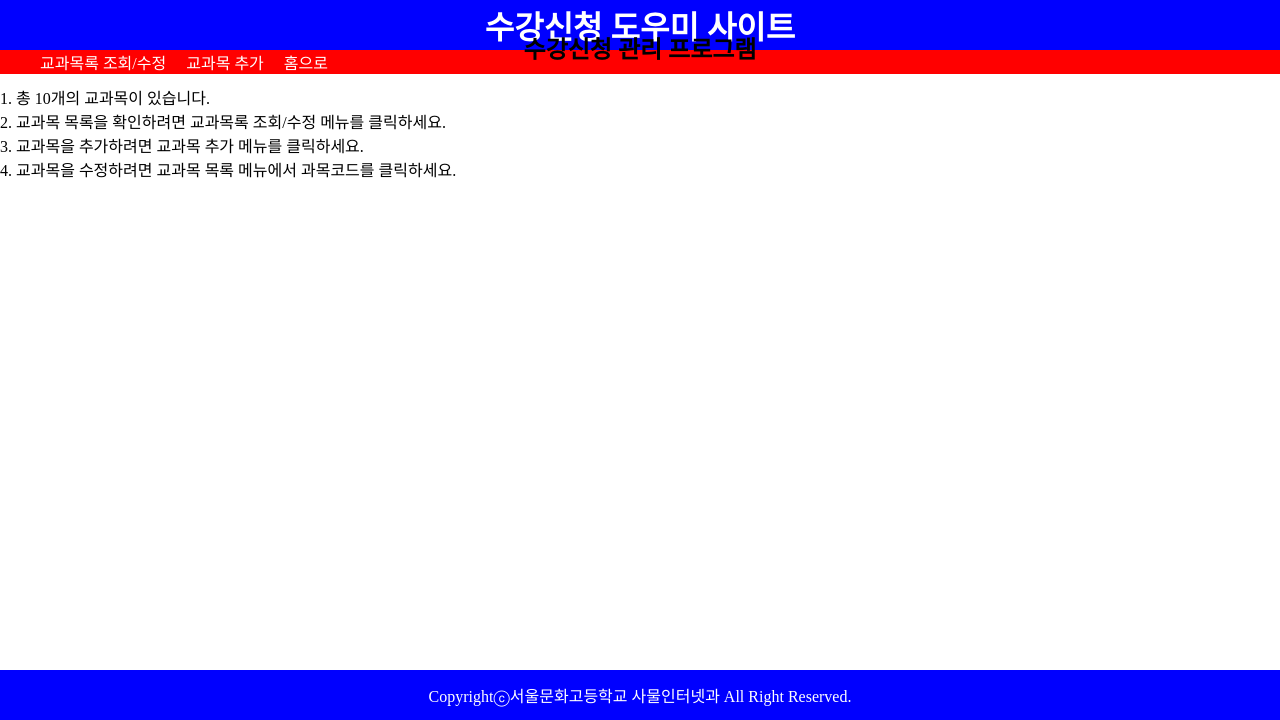
Repository: yuuki08noah/CHUNGCHUSANKI
Page: http://localhost/HRD_002/
These files come from the project's save history. The page is drawn as it stood at one moment and after the next save; the edit follows.
The browser window is 1280 px wide. The pictures show the whole page.
The page is served by Tomcat 9. Other server files are loaded and not shown.

Above is the page before, as saved 2025-04-01 07:54:46.

### HRD_002/src/main/webapp/index.jsp
<%@ page language="java" contentType="text/html; charset=UTF-8"
    pageEncoding="UTF-8"%>
<!DOCTYPE html>
<html>
<head>
<meta charset="UTF-8">
<title>Index</title>
</head>
<body>
	<jsp:include page="header.jsp"/>
	<section style="position: absolute; width: 100%; top:10px">
		<div style="text-align: center; width: 100%">
			<h2>수강신청 관리 프로그램</h2>
		</div>
		1. 총 10개의 교과목이 있습니다.<br>
		2. 교과목 목록을 확인하려면 교과목록 조회/수정 메뉴를 클릭하세요.<br>
		3. 교과목을 추가하려면 교과목 추가 메뉴를 클릭하세요.<br>
		4. 교과목을 수정하려면 교과목 목록 메뉴에서 과목코드를 클릭하세요.
	</section>
	<jsp:include page="footer.jsp"/>
</body>
</html>

### HRD_002/src/main/webapp/header.jsp
<%@ page language="java" contentType="text/html; charset=UTF-8"
    pageEncoding="UTF-8"%>
<!DOCTYPE html>
<html>
<head>
<meta charset="UTF-8">
<title>Header</title>
</head>
<body style="margin: 0 0; padding: 0 0;">
	<div style="display: flex; position: fixed; top: 0px; justify-content: center; align-items: center; background-color: blue; width: 100%; height: 50px; color: white;"><h1>수강신청 도우미 사이트</h1></div>
	<div style="display: flex; gap: 20px; width: 100%; padding-left: 40px; background-color: red; position: fixed; top: 50px; color: white">
	<a>교과목록 조회/수정</a>

	<a>교과목 추가</a>

	<a>홈으로</a>
	</div>
</body>
</html>

### HRD_002/src/main/webapp/footer.jsp
<%@ page language="java" contentType="text/html; charset=UTF-8"
    pageEncoding="UTF-8"%>
<!DOCTYPE html>
<html>
<head>
<meta charset="UTF-8">
<title>Footer</title>
</head>
<body style="margin:0 0; padding: 0 0">
	<div style="display: flex; position: fixed; bottom: 0px; justify-content: center; align-items: center; background-color: blue; width: 100%; height: 50px; color: white;">Copyrightⓒ서울문화고등학교 사물인터넷과 All Right Reserved.</div>

</body>
</html>

After the next save:
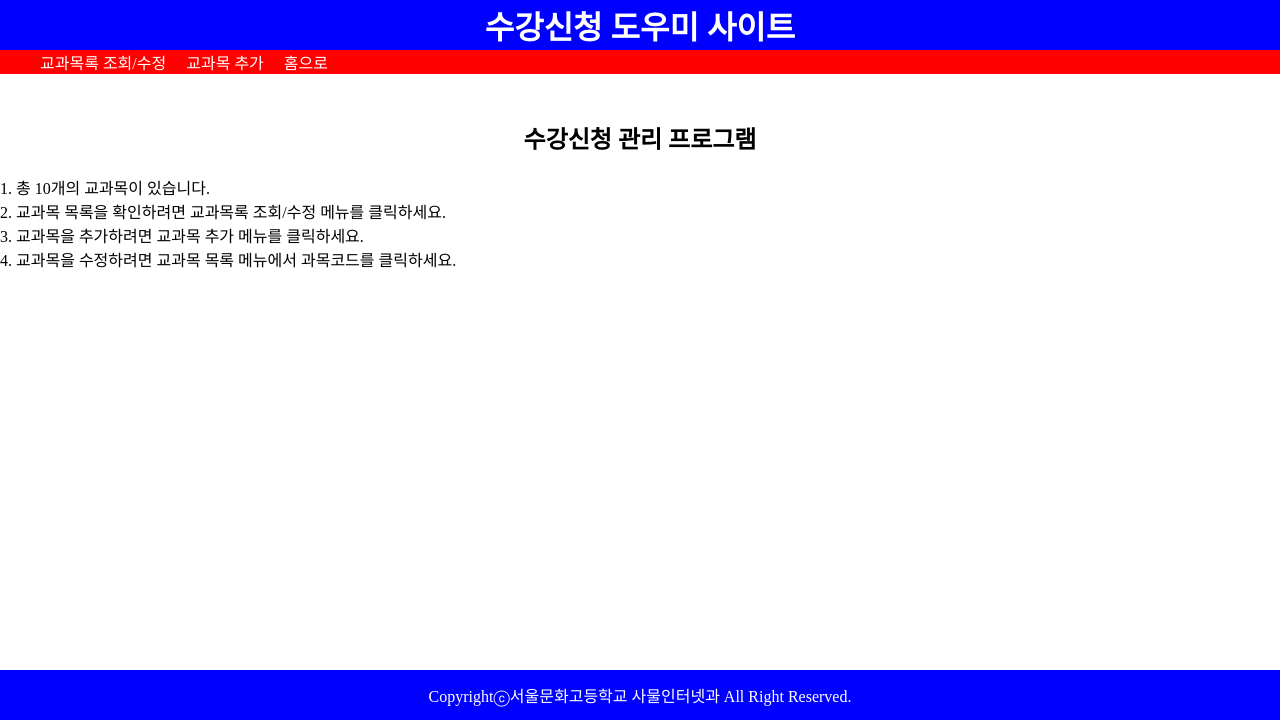
Saved 4 s later.
--- a/HRD_002/src/main/webapp/index.jsp
+++ b/HRD_002/src/main/webapp/index.jsp
@@ -8,7 +8,7 @@
 </head>
 <body>
 	<jsp:include page="header.jsp"/>
-	<section style="position: absolute; width: 100%; top:10px">
+	<section style="position: absolute; width: 100%; top:100px">
 		<div style="text-align: center; width: 100%">
 			<h2>수강신청 관리 프로그램</h2>
 		</div>
